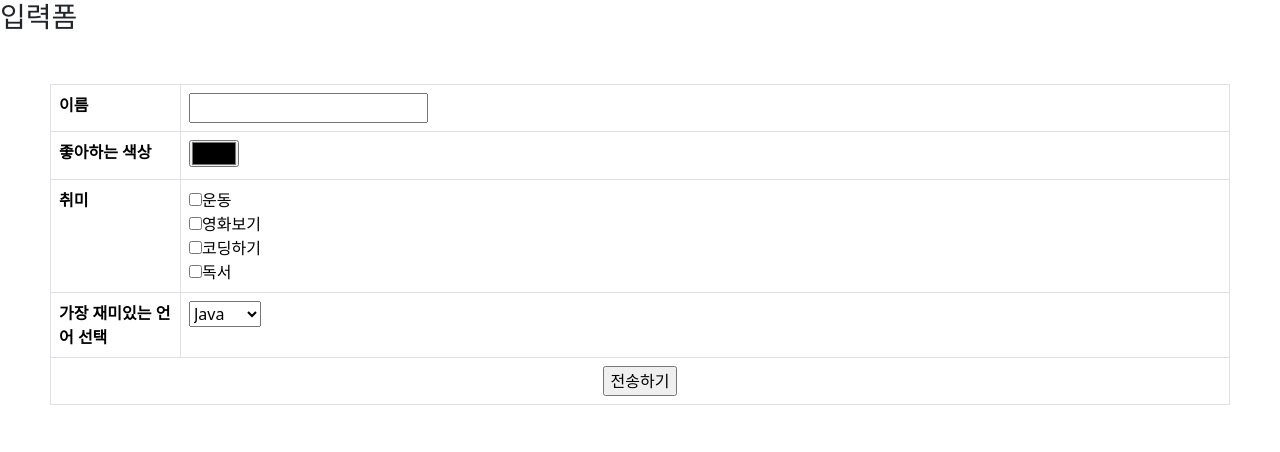
Repository: handongheee/Sist0103Project
Page: http://localhost/SpringMvcTest/WEB-INF/info/infoForm.jsp
These files come from the project's save history. The page is drawn as it stood at one moment and after the next save; the edit follows.
The browser window is 1280 px wide. The pictures show the whole page.
Some web fonts or font styles are not loaded; a fallback is used. The page is served by Tomcat 9. Nobody is signed in. The template is opened directly, without the code that normally fills it, so the values that code supplies are empty.

Above is the page before, as saved 2024-05-03 07:16:35.

After the next save:
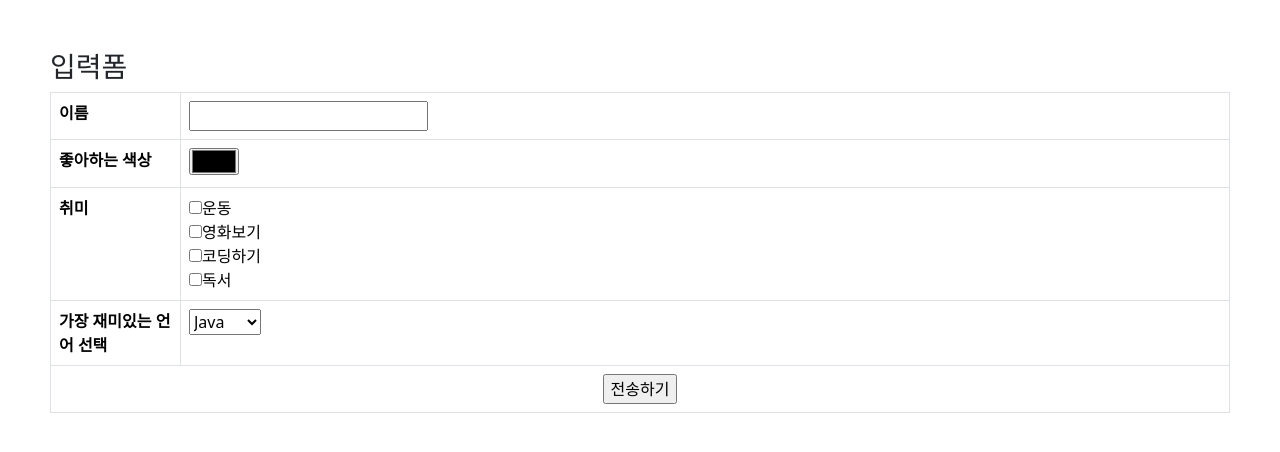
Saved 9 s later.
--- a/sts3work/SpringMvcTest/src/main/webapp/WEB-INF/info/infoForm.jsp
+++ b/sts3work/SpringMvcTest/src/main/webapp/WEB-INF/info/infoForm.jsp
@@ -18,8 +18,8 @@
 <title>Insert title here</title>
 </head>
 <body>
+	<div style="margin: 50px 50px;">
 	<h3>입력폼</h3>
-	<div style="margin: 50px 50px;">
 		<form action="result" method="post">
 			<table class="table table-bordered">
 				<tr>
